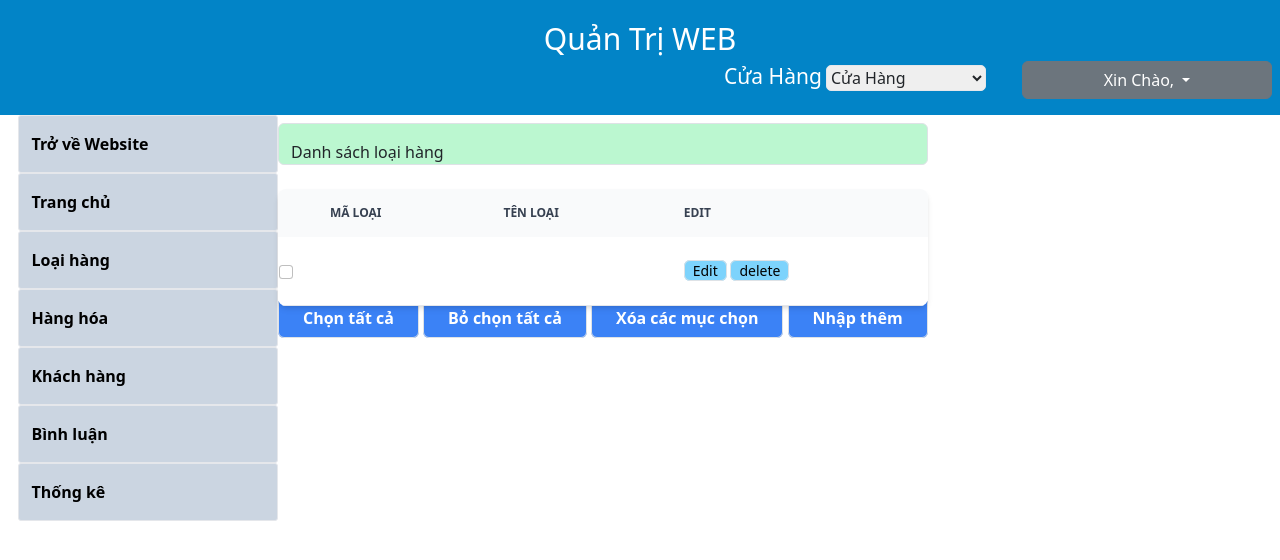
Repository: Leduc20/Website-Shopping-Clothes-Men-master
Page: http://localhost/webbanhang/admin/?danh-muc
The author's editor kept a copy of each file at every save. The page is drawn from the files as they stood at one save, then again after a run of saves.
The browser window is 1280 px wide. The pictures show the whole page.
Some web fonts or font styles are not loaded; a fallback is used. Some web libraries are served in a nearby version. The page is run by PHP 8.4 with error messages shown; the project is at /var/www/html/.

Above is the page before, as saved 2022-11-14 19:28:18.

After the next 2 saves:
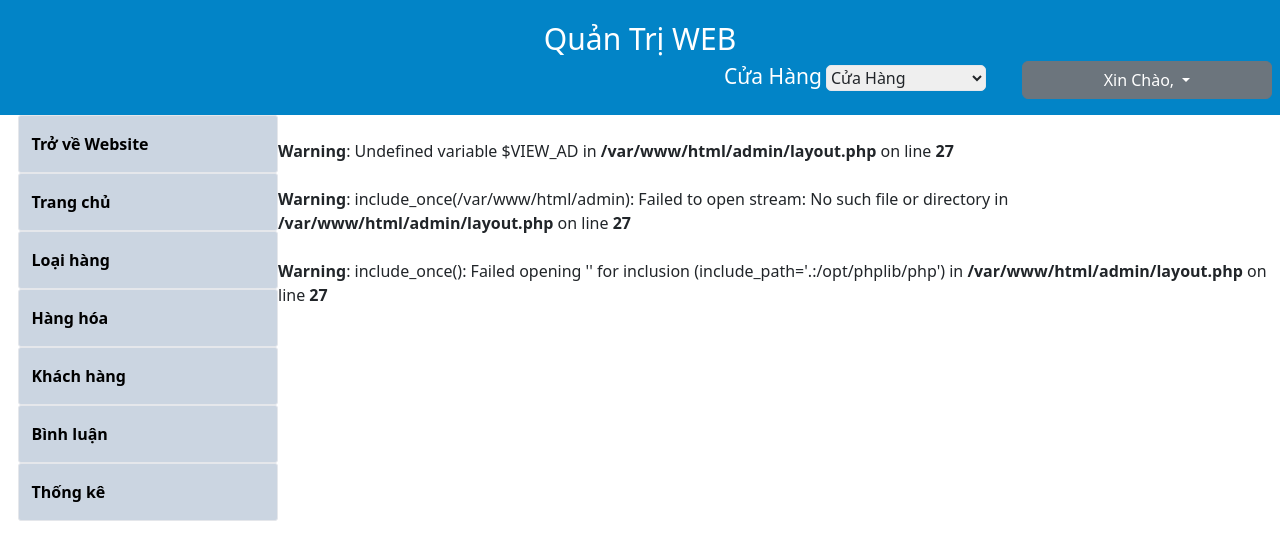
The 2 saves are shown as one change because they came seconds apart.
The last was saved 34 s later.
--- a/admin/index.php
+++ b/admin/index.php
@@ -1,12 +1,16 @@
 <?php
     require_once '../global.php';
     require_once '../model/pdo.php';
-    if(isset($_GET['danh-muc'])){
-        $VIEW_AD = './danh-muc/danh-sach.php';
-    }
-    else{
-        $VIEW_AD = 'home.php';
-    }
+
+
+
+
+    // if(isset($_GET['danh-muc'])){
+    //     $VIEW_AD = './danh-muc/danh-sach.php';
+    // }
+    // else{
+    //     $VIEW_AD = 'home.php';
+    // }
     // require_once '../admin/danh-muc/index.php';
 
     include_once '../admin/layout.php';
